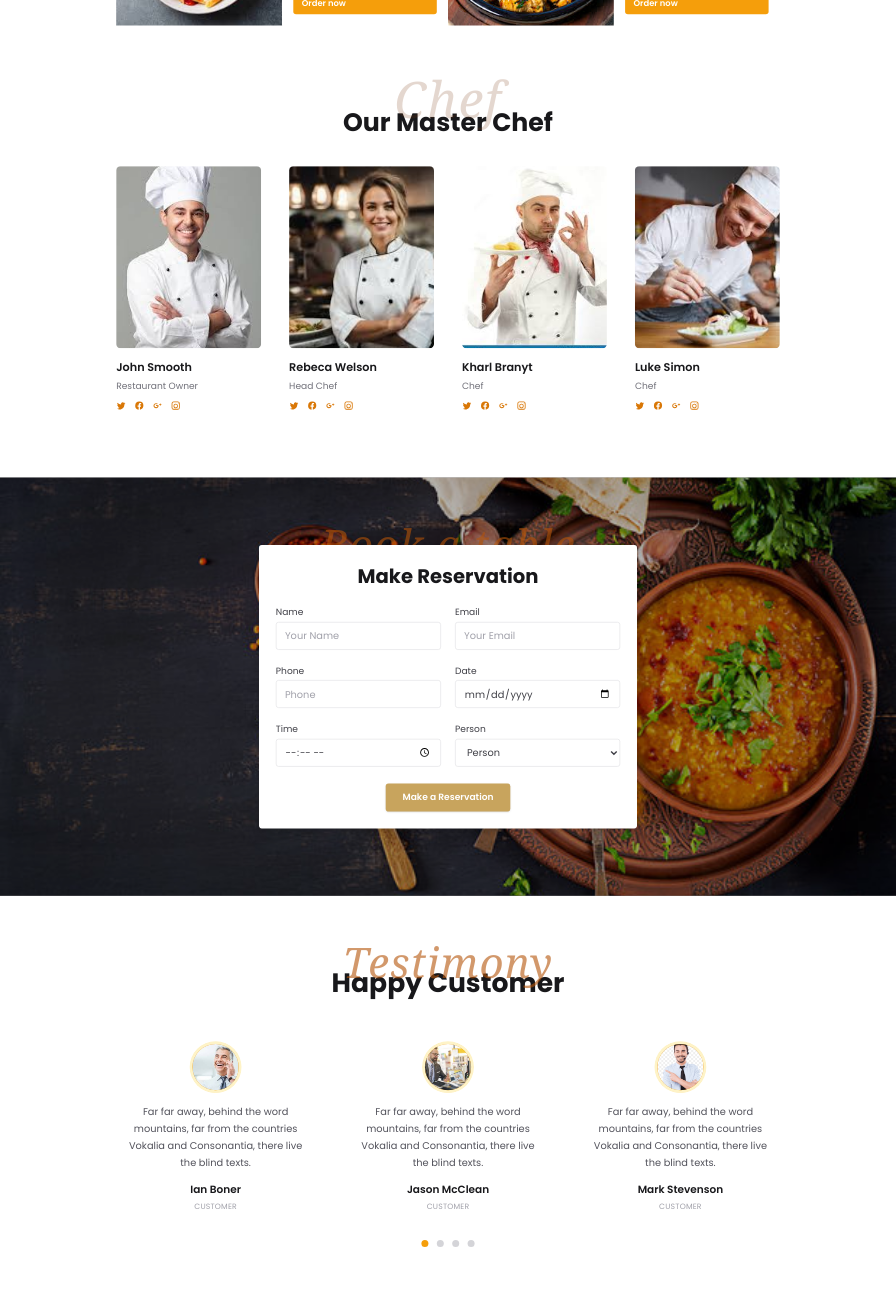
Repository: Purniagithub/Benttacproject
Page: /
The author's editor kept a copy of each file at every save. The page is drawn from the files as they stood at one save, then again after the next save.
The browser window is 1280 px wide. The pictures show the part of the page from y = 2429 to 4349 px (the page is 4306 px tall before and 4349 px after), at 70% of full size.
Some web fonts or font styles are not loaded; a fallback is used. The project was rebuilt for these pictures with package versions that can differ from the ones it lists, and the page was loaded fresh each time. Also part of the build but not shown: vite.config.js.

Above is the page before, as saved 2025-08-21 19:20:23.

After the next save:
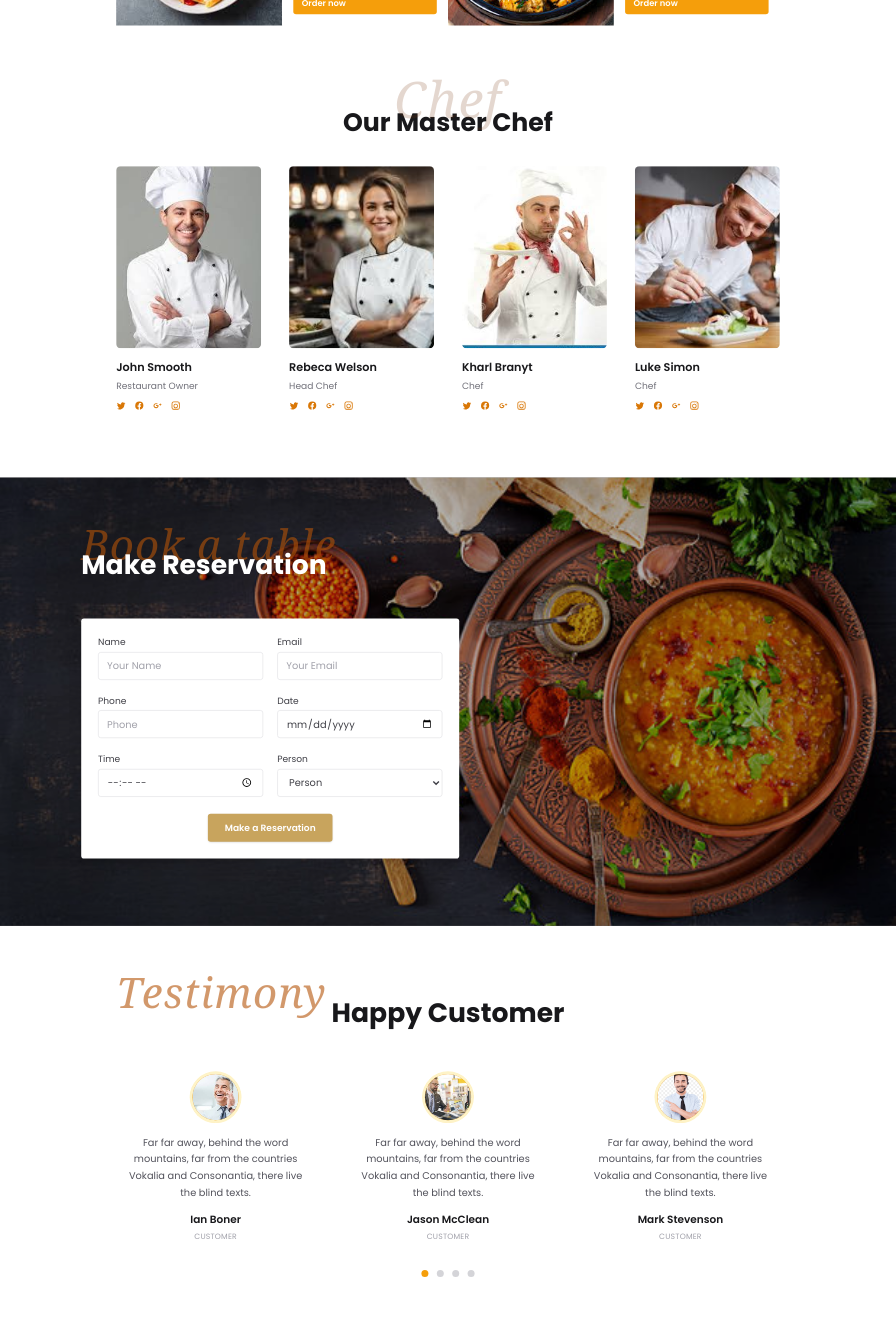
Saved 6 min 33 s later.
--- a/src/components/ReservationTestimonials.jsx
+++ b/src/components/ReservationTestimonials.jsx
@@ -8,7 +8,7 @@ function Accent({ text, className = "" }) {
   return (
     <div
       aria-hidden
-      className={`pointer-events-none absolute inset-x-0 -top-8 text-center ${className}`}
+      className={`pointer-events-none absolute inset-x-0 -top-8 text-center sm:text-left ${className}`}
     >
       <span className="select-none font-serif italic text-amber-700/60 leading-none tracking-wide text-[52px] sm:text-[60px]">
         {text}
@@ -47,11 +47,7 @@ function Select({ placeholder }) {
 
 function ReservationCard() {
   return (
-    <div className="relative mx-auto w-[540px] max-w-[92vw] rounded bg-white p-6 shadow-xl">
-      <h3 className="mb-5 text-center text-[28px] font-extrabold text-zinc-900">
-        Make Reservation
-      </h3>
-
+    <div className="relative w-[540px] max-w-[92vw] rounded bg-white p-6 shadow-xl">
       <div className="grid grid-cols-2 gap-5">
         <div>
           <label className="mb-1 block text-[13px] font-medium text-zinc-700">
@@ -135,8 +131,16 @@ export default function ReservationTestimonials() {
       >
         <div className="absolute inset-0 bg-black/30" />
         <div className="relative mx-auto max-w-[1080px] px-4 py-20 sm:py-24">
-          <div className="relative flex justify-center">
+          {/* Text on top */}
+          <div className="relative mb-12">
             <Accent text="Book a table" />
+            <h2 className="relative text-center sm:text-left text-[34px] sm:text-[38px] font-extrabold text-white">
+              Make Reservation
+            </h2>
+          </div>
+
+          {/* Form aligned left */}
+          <div className="relative flex justify-start">
             <ReservationCard />
           </div>
         </div>
